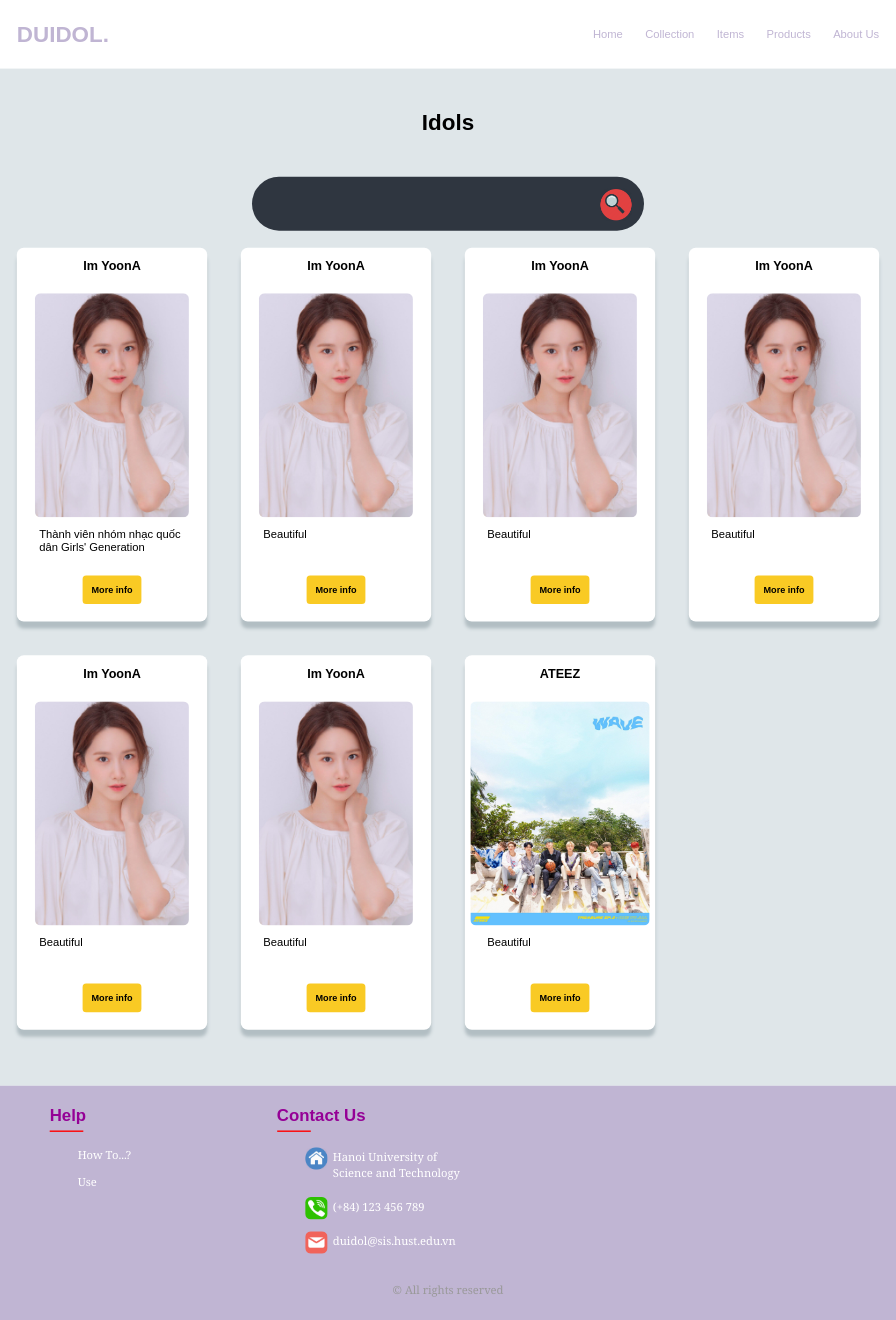
Repository: hangvtt183524/Cong_nghe_Web_va_dich_vu_truc_tuyen_20202
Page: ProjectWeb/src/View/html/idol_list.html
These files come from the project's save history. The page is drawn as it stood at one moment and after the next save; the edit follows.
The browser window is 1280 px wide. The pictures show the whole page, at 70% of full size.
The pointer rests on the first visible `.search-box`.

Above is the page before, as saved 2021-05-06 17:42:37.

### ProjectWeb/src/View/html/idol_list.html
<html>
	<head>
		<title>Idol List</title>
		<link rel="stylesheet" href="../css/idol_list.css">
		<link rel="stylesheet" href="../css/welcome_page.css">
	</head>
	<body>
		<header>
			<a href="" class="logo">DUIDOL.</a>
            <ul class="navigation">
                <li><a href="">Home</a></li>
                <li><a href="">Collection</a></li>
                <li><a href="">Items</a></li>
                <li><a href="">Products</a></li>
                <li><a href="">About Us</a></li>
            </ul>
		</header>
		<section class="idol-list">
			<div>
				<h1 class="align-center">Idols</h1>
			</div>
			<div class="container1">
				<div class="search-box">
				<input class="search-txt" type="text" name="" placeholder="Type to search">
				<a class="search-btn" href="#"><img src="../image/search-icon.png"></a>
			</div>
			</div>
			<div class="idol-container">
				<div class="card">
					<div class="name">Im YoonA</div>
					<div class="image">
						<img src="../image/yoona.jpg">
					</div>
					<div class="textblock">
					<div class="text">Thành viên nhóm nhạc quốc dân Girls' Generation</div>
					</div>
					<div>
						<div class="btnblock">
						<a href="../html/info.html" class="info-button">More info</a>
						</div>
					</div>
				</div>



				<div class="card">
					<div class="name">Im YoonA</div>
					<div class="image">
						<img src="../image/yoona.jpg">
					</div>
					<div class="textblock">
					<div class="text">Beautiful</div>
					</div>

					<div>
						<div class="btnblock">
						<a href="../html/info.html" class="info-button">More info</a>
						</div>
					</div>
				</div>



				<div class="card">
					<div class="name">Im YoonA</div>
					<div class="image">
						<img src="../image/yoona.jpg">
					</div>
					<div class="textblock">
					<div class="text">Beautiful</div>
					</div>
					<div>
						<div class="btnblock">
						<a href="../html/info.html" class="info-button">More info</a>
						</div>
					</div>
				</div>

				<div class="card">
					<div class="name">Im YoonA</div>
					<div class="image">
						<img src="../image/yoona.jpg">
					</div>
					<div class="textblock">
					<div class="text">Beautiful</div>
					</div>
					<div>
						<div class="btnblock">
						<a href="../html/info.html" class="info-button">More info</a>
						</div>
					</div>
				</div>

				<div class="card">
					<div class="name">Im YoonA</div>
					<div class="image">
						<img src="../image/yoona.jpg">
					</div>
					<div class="textblock">
					<div class="text">Beautiful</div>
					</div>
					<div>
						<div class="btnblock">
						<a href="../html/info.html" class="info-button">More info</a>
						</div>
					</div>
				</div>

				<div class="card">
					<div class="name">Im YoonA</div>
					<div class="image">
						<img src="../image/yoona.jpg">
					</div>
					<div class="textblock">
					<div class="text">Beautiful</div>
					</div>
					<div>
						<div class="btnblock">
						<a href="../html/info.html" class="info-button">More info</a>
						</div>
					</div>
				</div>

				<div class="card">
					<div class="name">ATEEZ</div>
					<div class="image">
						<img src="../image/ateez-list.jpg">
					</div>
					<div class="textblock">
					<div class="text">Beautiful</div>
					</div>
					<div>
						<div class="btnblock">
						<a href="../html/info.html" class="info-button">More info</a>
						</div>
					</div>
				</div>

			</div>
		</section>
		<footer>
			<div class="container">
				<div class="row">
					<div class="footer-col">
						<h4>Help</h4>
						<ul>
							<li><a href="">How to...?</a>
							<li><a href="">Use</a>
						</ul>
					</div>
					<div class="footer-col">
						<h4>Contact us</h4>
						<ul>
							<li><img src="../image/address_icon.jpg">
							<p>Hanoi University of <br>Science and Technology</p>
							<li><img src="../image/phone_icon.png">
							<p>(+84) 123 456 789</p>
							<li><img src="../image/mail_icon.png">
							<p>duidol@sis.hust.edu.vn</p>
						</ul>
					</div>
				</div>
				<div class="copyrightText"><p>© All rights reserved</p></div>
			</div>
		</footer>
	</body>
</html>

### ProjectWeb/src/View/css/idol_list.css
body {
    font-family: sans-serif;
    margin: 0;
}

.idol-list {
	background-color:#dfe6e9;
	padding-bottom: 5em;
    align-items: center;
    padding-top: 2em;
}

h1 {
	font-size: 2em;
	font-weight: bold;
}
.container1 {
	margin-top: 10em;
}
.container1 .search-box {
	position: absolute;
	top: 50%;
	left: 50%;
	transform: translate(-50%, -140%);
	background: #2f3640;
	height: 2.8em;
	border-radius: 3em;
	padding: 1em;
	margin-bottom: 6em;
}

.search-box:hover > .search-txt {
	width: 240px;
	padding: 0 15em;
}
.container1 .search-txt {
	border: none;
	background: none;
	outline: none;
	float: left;
	color: white;
	transition: 0.4s;
	line-height: 40px;
	font-size: 16px;
	width: 0;
}
.container1 img {
	width: 3em;
	border-radius: 1em;
}
.idol-list .card {
	background-color: white;
	width: 16em;

	margin: auto;
	border-radius: 10px;
	padding: 1em;
	box-shadow: 0px 10px 5px #b2bec3;
	text-align: center;
	font-family: sans-serif;
	max-width: 75%;
	padding-bottom: 30px;
}
.idol-list .card:hover {
	box-shadow: 15px 15px 15px #b2bec3;
	background: #FFEAFF;
}
.card .name {
	font-size: 18px;
	font-weight: bold;
	padding-bottom: 0.7em;
}

.card .image {
	margin-top: 1em;
	width: 100%;
    height: 20em;
    position: relative;
}
.card .image img {
	max-height: 100%;
	border-radius: 0.5em;
	object-fit: cover;
	position: absolute;
	top: 50%;
    transform: translate(-50%, -50%);
}

.card .textblock {
	height: 4em;
	margin-left: 1em;
	margin-right: 1em;
	margin-top: 1em;
	margin-bottom: 0.5em;
}

.card .textblock .text {
	text-align: left;
	font-size: 1rem;
}

.card .btnblock {
	margin-top: 1em;
	margin-bottom: 0.5em;
}

.info-button {
	background-color: #f9ca24;
	color: black;
	border: none;
	padding: 1em;
	border-radius: 5px;
	font-weight: bold;
	font-size: 13px;
	text-decoration: none;
}

.info-button:hover {
	box-shadow: 0px 5px 5px #b2bec3;
	color: #eb4db4;
}

.idol-container {
	display: grid;
	grid-template-columns: repeat(4, 1fr);
	grid-row-gap: 3em;
}

.align-center {
	text-align: center;
}

footer {
	background-color: #c0b5d3;
	padding: 1em 0;
}

footer .container {
	max-width: 1170px;
	margin: auto;
}

.footer-col {
	width: 25%;
	padding: 0 1em;
}
.footer-col h4 {
	font-size: 1.5em;
	color: #950096;
	text-transform: capitalize;
	position: relative;
	margin-top: 0.5em;
}

.footer-col h4::before {
	content: '';
	position: absolute;
	left: 0;
	bottom: -10px;
	height: 2px;
	background-color: red;
	box-sizing: border-box;
	width: 2em;
}

.footer-col li {
	display: flex;
	margin-bottom: 0.5em;
}
.footer-col ul li a {
	color: white;
	text-transform: capitalize;
	text-decoration: none;
	font-family: Cambria;
	font-size: 1em;
	margin-bottom: 0.5em;
	display: block;
}


.footer-col ul li a:hover {
	color: #700470;
	padding-left: 1em;

}

.footer-col p {
	margin-top: 0.2em;
	font-size: 1em;
	font-family: Cambria;
	color: white;
}
.footer-col img {
	border-radius: 0.5em;
	max-height: 2em;
	margin-right: 0.5em;
}

ul {
	list-style: none;
}

footer .container .h3 {
	color: white;
}

.container .row {
	display: flex;
	flex-wrap: wrap;
}

.copyrightText {
	width: 100%;
	color: #999;
	text-align: center;
	font-family: Cambria;
}

@media only screen and (max-width: 991px){
	.idol-container {
		grid-template-columns: 1fr;
	}
	.card {
        width: 25em;
    }
    .album .image {
        height: 25em;
    }
    .footer-col {
    	width: 50%;
    	margin-bottom: 5em;
    }

}

### ProjectWeb/src/View/css/welcome_page.css

body {
    margin: 0;
    font-family: sans-serif;
}
.bg {
    display: grid;
    grid-template-columns: 2fr 1fr;
    background-color: #c0b5d3;
}
.bg2 img {
    width: 100%;
}
.bg1 {
    display: flex;
    justify-content: center;
    align-items: center;
}
.bg1-1 h2 {
    font-size: 5rem;
    line-height: 0.1em;
    font-family: sans-serif;
    color: white;
    position: relative;
    z-index: 1;
}
.bg1-1 h2::before {
    content: ' ';
    position: absolute;
    width: 2.5em;
    height: 0.25em;
    background: #ab91d8;
    bottom: -35;
    z-index: -1;
    margin-left: -0.9em;
}
.bg1-1 p {
    font-size: 3rem;
    color: white;
    position: relative;
    z-index: 1;
}
.bg1-1 p::before {
    content: ' ';
    position: absolute;
    width: 2.5em;
    height: 0.3em;
    background: #ab91d8;
    bottom: 0;
    z-index: -1;
    margin-left: 10em;
}
.bg1-1 p span {
    font-size: 1.5rem;
    display: block;
    font-weight: 500;
}
header {
    background-color: white;
    padding: 1.5em;
    display: flex;
    justify-content: space-between;
    align-items: center;
}
.logo {
    font-weight: bold;
    text-decoration: none;
    font-size: 2em;
    color: #c0b5d3;
}
.navigation {
    display: flex;
    position: relative;
}
.navigation li {
    list-style: none;
    margin-left: 2em;
}
.navigation li a {
    text-decoration: none;
    font-size: 1em;
    color: #c0b5d3;
}

After the next save:
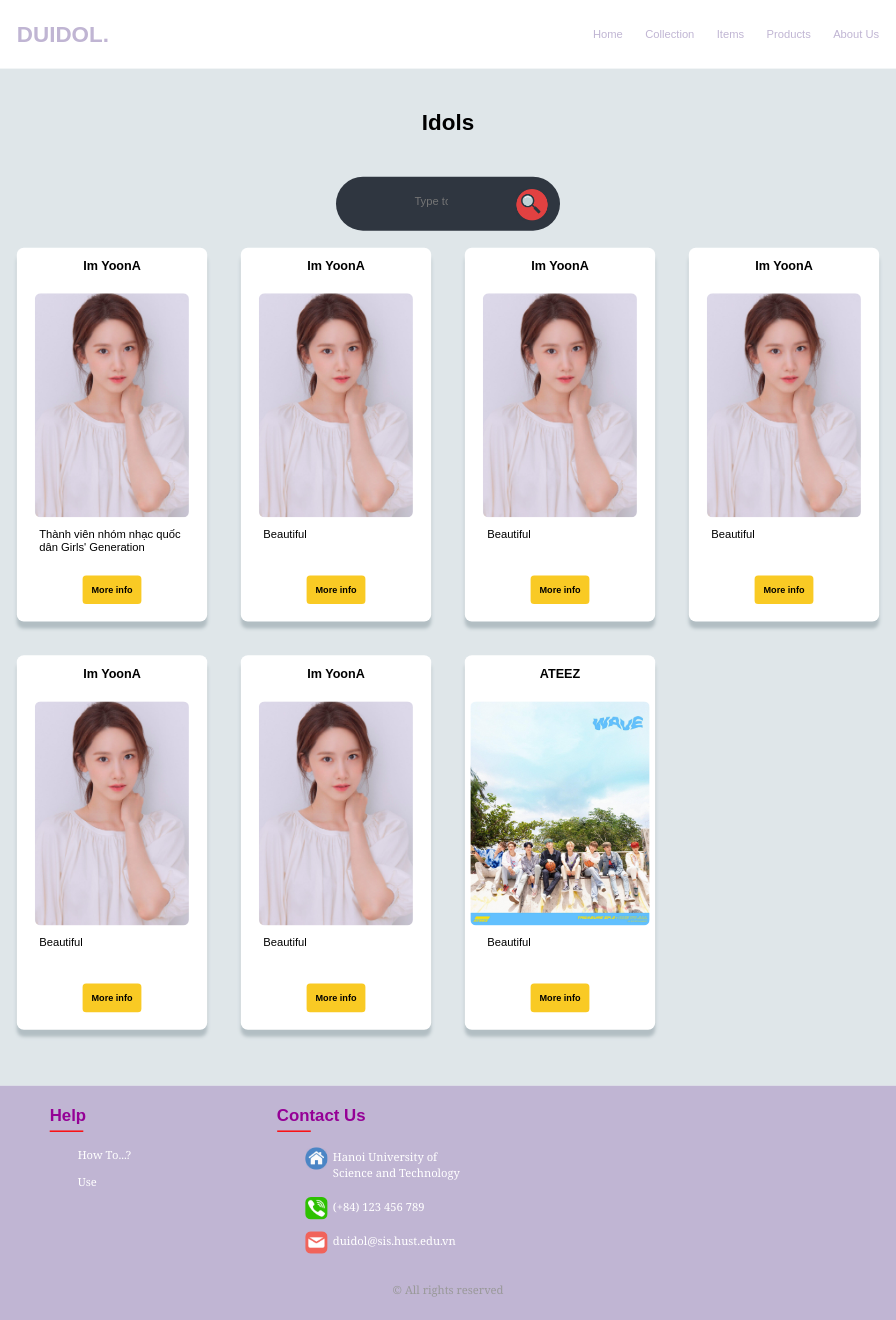
Saved 14 s later.
--- a/ProjectWeb/src/View/css/idol_list.css
+++ b/ProjectWeb/src/View/css/idol_list.css
@@ -31,7 +31,7 @@
 
 .search-box:hover > .search-txt {
 	width: 240px;
-	padding: 0 15em;
+	padding: 0 6em;
 }
 .container1 .search-txt {
 	border: none;
